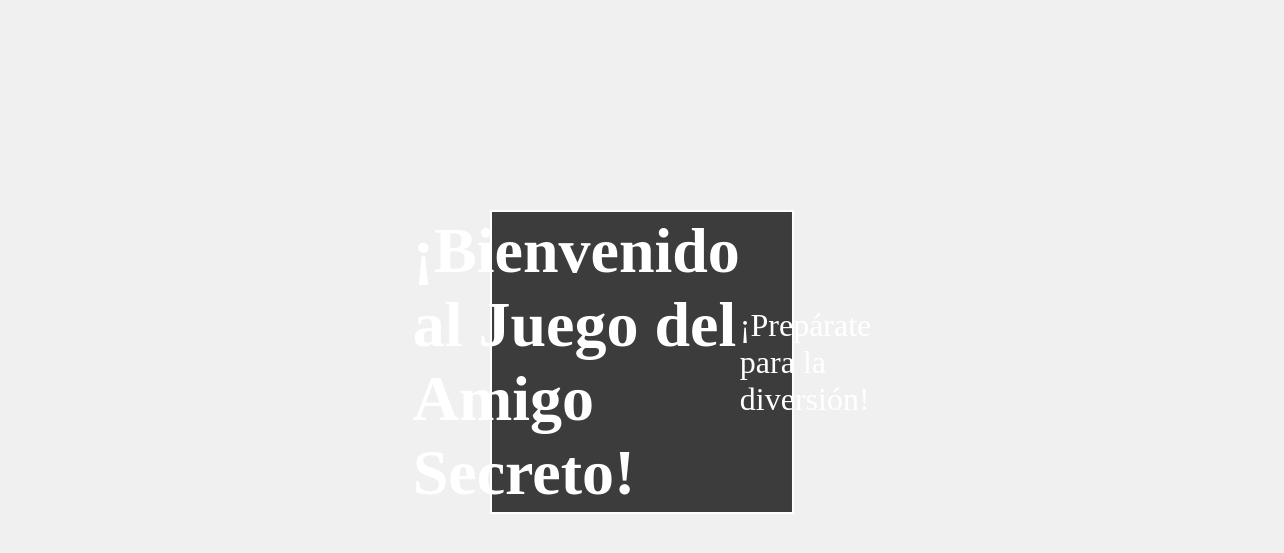
Repository: ye909/secreto
Page: inicio.html
An editor plug-in stored every save of this project. The page is shown before and after the next save, followed by the edit.
The browser window is 1280 px wide. The page is 1280 px wide, then 1284 px, so the pictures cover 1284 px, including what lies to the right of the window. The pictures show the whole page.

Above is the page before, as saved 2025-02-20 21:09:52.

After the next save:
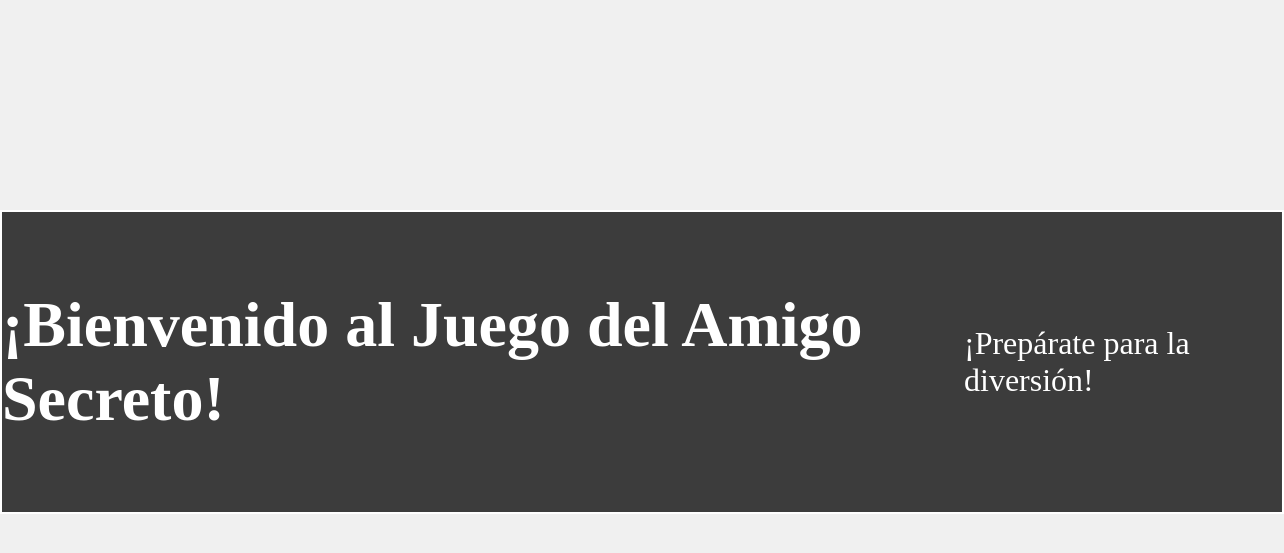
Saved 44 s later.
--- a/inicio.css
+++ b/inicio.css
@@ -9,7 +9,7 @@ body {
   }
 
   .scene {
-    width: 300px;
+    width: 100%;
     height: 300px;
     position: relative;
   }
